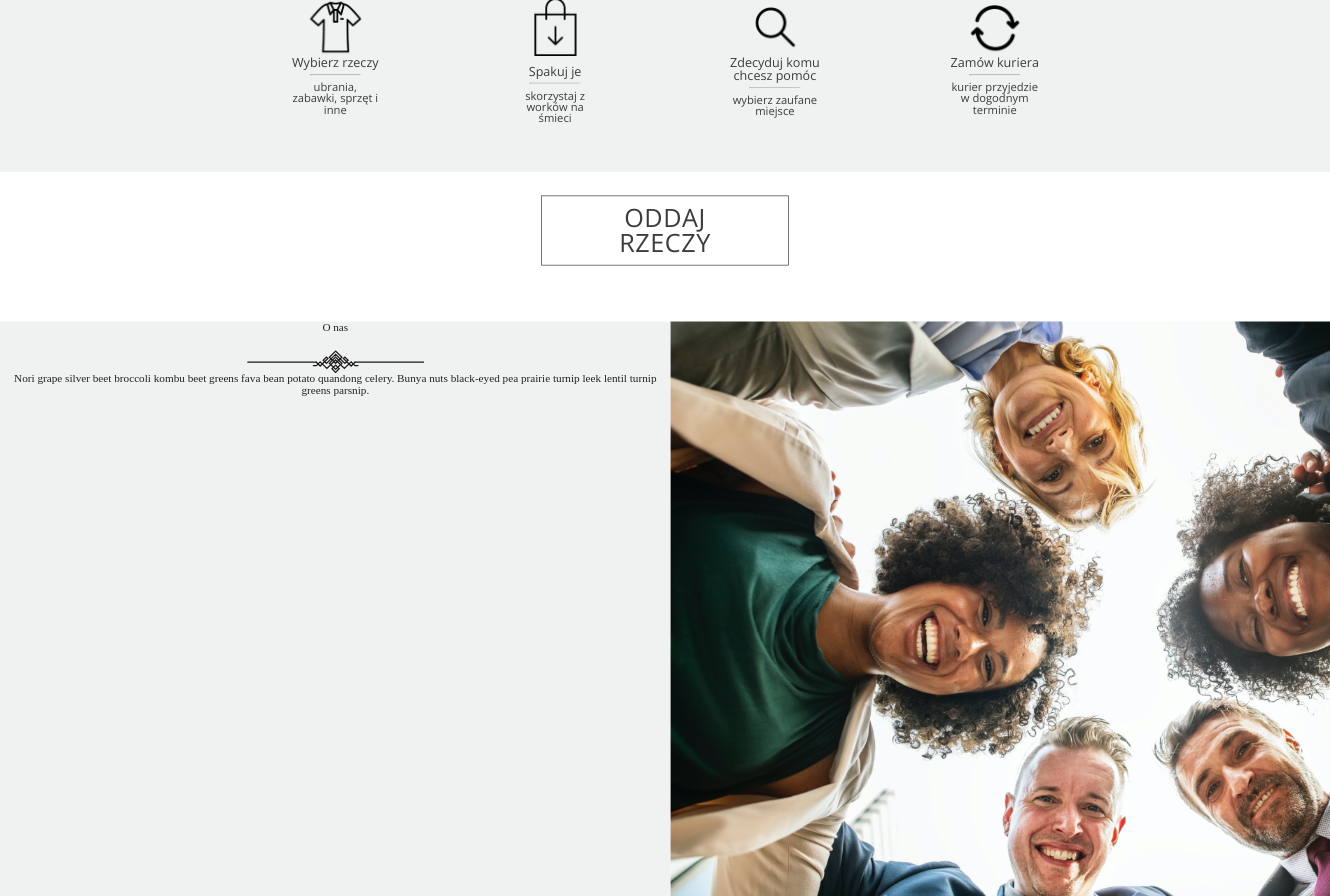
Repository: tomekwoojcik/oddam-w-dobre-rence
Page: /
An editor plug-in stored every save of this project. The page is shown before and after the next save, followed by the edit.
The browser window is 1280 px wide. The page is 1900 px wide, so the pictures cover 1900 px, including what lies to the right of the window. The pictures show the part of the page from y = 1605 to 2885 px (the page is 3000 px tall), at 70% of full size.
The project was rebuilt for these pictures with package versions that can differ from the ones it lists, and the page was loaded fresh each time. Also part of the build but not shown: src/pages/logIn/logIn.js, src/pages/register/register.js.

Above is the page before, as saved 2022-12-08 09:18:41.

After the next save:
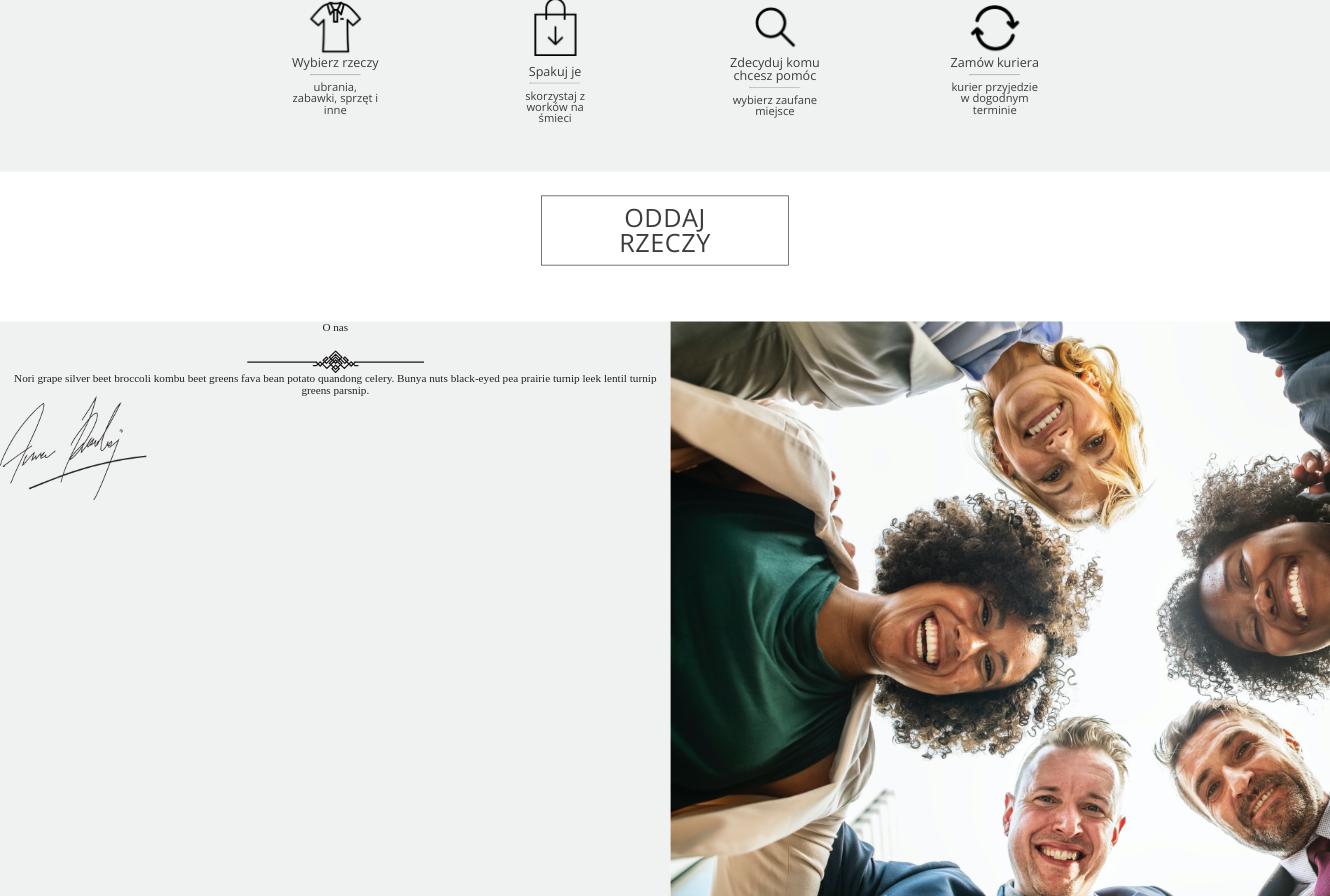
Saved 88 s later.
--- a/src/components/atoms/aboutUsText/_aboutUsText.scss
+++ b/src/components/atoms/aboutUsText/_aboutUsText.scss
@@ -7,6 +7,7 @@
     width: 958px;
 
     .aboutUsSignature {
+        background-image: url('../../../assets/Signature.png');
         width: 209px;
         height: 149px;
     }
